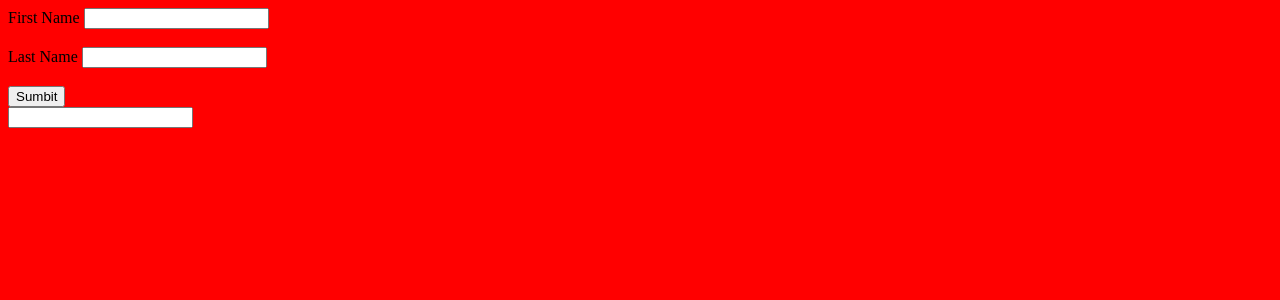
Repository: Fariaddd/codefactor-stylesheet
Page: index.html
The author's editor kept a copy of each file at every save. The page is drawn from the files as they stood at one save, then again after the next save.
The browser window is 1280 px wide. The pictures show the whole page.

Above is the page before, as saved 2021-11-17 19:12:03.

After the next save:
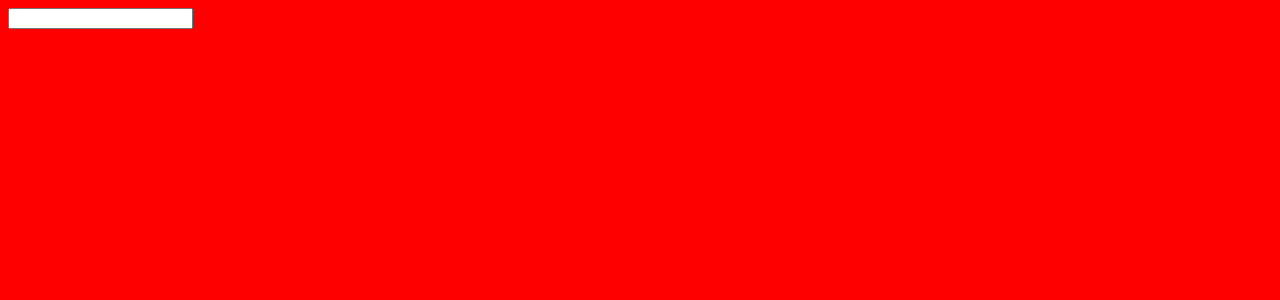
Saved 6 s later.
--- a/index.html
+++ b/index.html
@@ -8,14 +8,6 @@
     <link rel="stylesheet" href="./styles/styles.css" />
   </head>
   <body>
-    <form action="/action_page.php">
-      <label for="firstname">First Name</label>
-      <input type="text" id="firstname" name="firstname" /><br /><br />
-      <label for="lastname">Last Name</label>
-      <input type="text" id="lastname" name="lastname" /><br /><br />
-      <input type="submit" value="Sumbit" />
-    </form>
-
     <div>
       <input list="Browsers" />
       <datalist id="browsers">

After the save that followed:
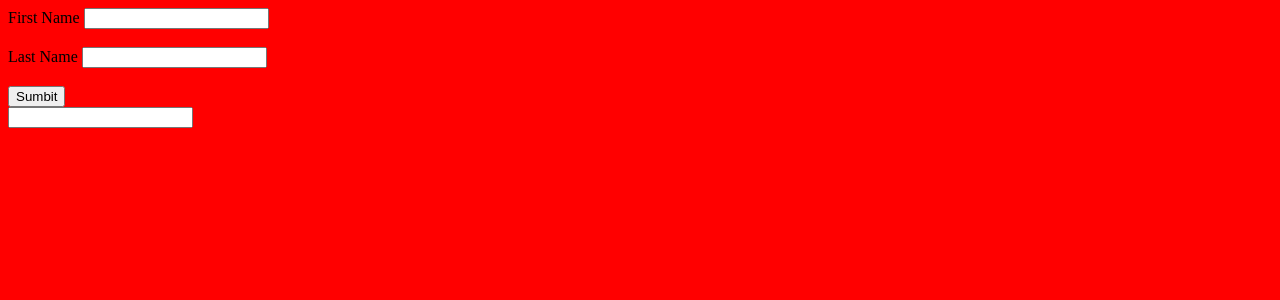
Saved 5 s later.
--- a/index.html
+++ b/index.html
@@ -8,6 +8,14 @@
     <link rel="stylesheet" href="./styles/styles.css" />
   </head>
   <body>
+    <form action="/action_page.php">
+      <label for="firstname">First Name</label>
+      <input type="text" id="firstname" name="firstname" /><br /><br />
+      <label for="lastname">Last Name</label>
+      <input type="text" id="lastname" name="lastname" /><br /><br />
+      <input type="submit" value="Sumbit" />
+    </form>
+
     <div>
       <input list="Browsers" />
       <datalist id="browsers">
